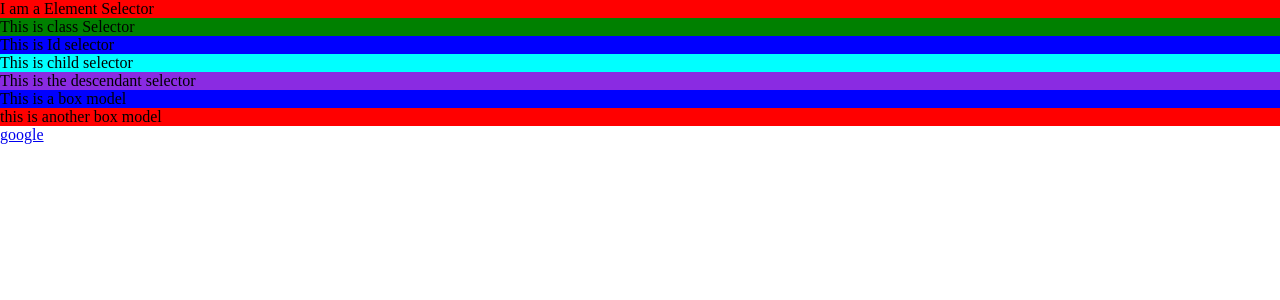
Repository: diensy/Web_dev
Page: first.css/selector.html
An editor plug-in stored every save of this project. The page is shown before and after the next save, followed by the edit.
The browser window is 1280 px wide. The pictures show the whole page.

Above is the page before, as saved 2024-05-22 20:32:27.

### first.css/selector.html
<!DOCTYPE html>
<html lang="en">
  <head>
    <meta charset="UTF-8" />
    <meta name="viewport" content="width=device-width, initial-scale=1.0" />
    <title>CSS Selector</title>
    <style>
      /* Element Selctor */
      div {
        background-color: red;
      }
      /* CLass Selector */
      .div {
        background-color: green;
      }
      /* Id selector */
      #blue {
        background-color: blue;
      }
      /* Child selector */
      span > p {
        background-color: aqua;
      }
      /* Descendant selector */
      div p {
        background-color: blueviolet;
      }
      /* universal selector */
      * {
        margin: 0;
        padding: 0;
      }
      /* pseudo Selector */
      a:visited {
        color: black;
      }
      a:active {
        background-color: red;
      }
      a:hover {
        background-color: aquamarine;
      }
      .box1 {
        background-color: blue;
      }
    </style>
  </head>
  <body>
    <div>I am a Element Selector</div>
    <div class="div">This is class Selector</div>
    <div id="blue">This is Id selector</div>
    <span><p>This is child selector</p></span>
    <div>
      <article>
        <p>This is the descendant selector</p>
      </article>
    </div>
    <div class="box1">This is a box model</div>
    <div class="box2">this is another box model</div>
    <a href="https://www.google.com">google</a>
  </body>
</html>

After the next save:
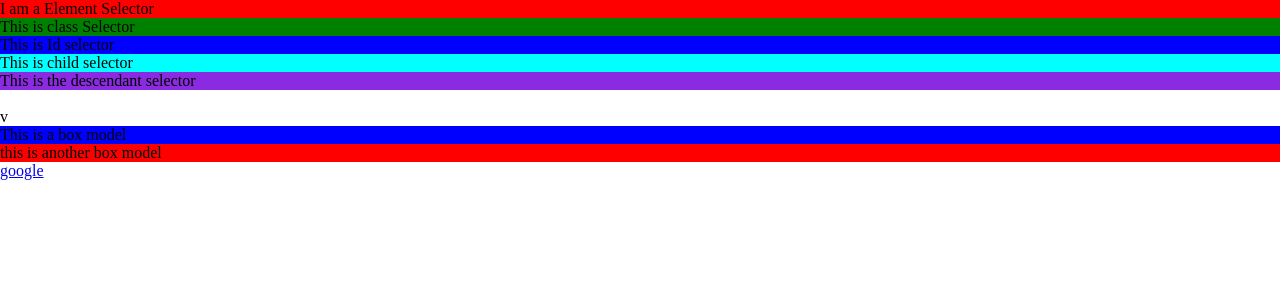
Saved 66 s later.
--- a/first.css/selector.html
+++ b/first.css/selector.html
@@ -55,6 +55,8 @@
         <p>This is the descendant selector</p>
       </article>
     </div>
+    <br>
+    v
     <div class="box1">This is a box model</div>
     <div class="box2">this is another box model</div>
     <a href="https://www.google.com">google</a>
